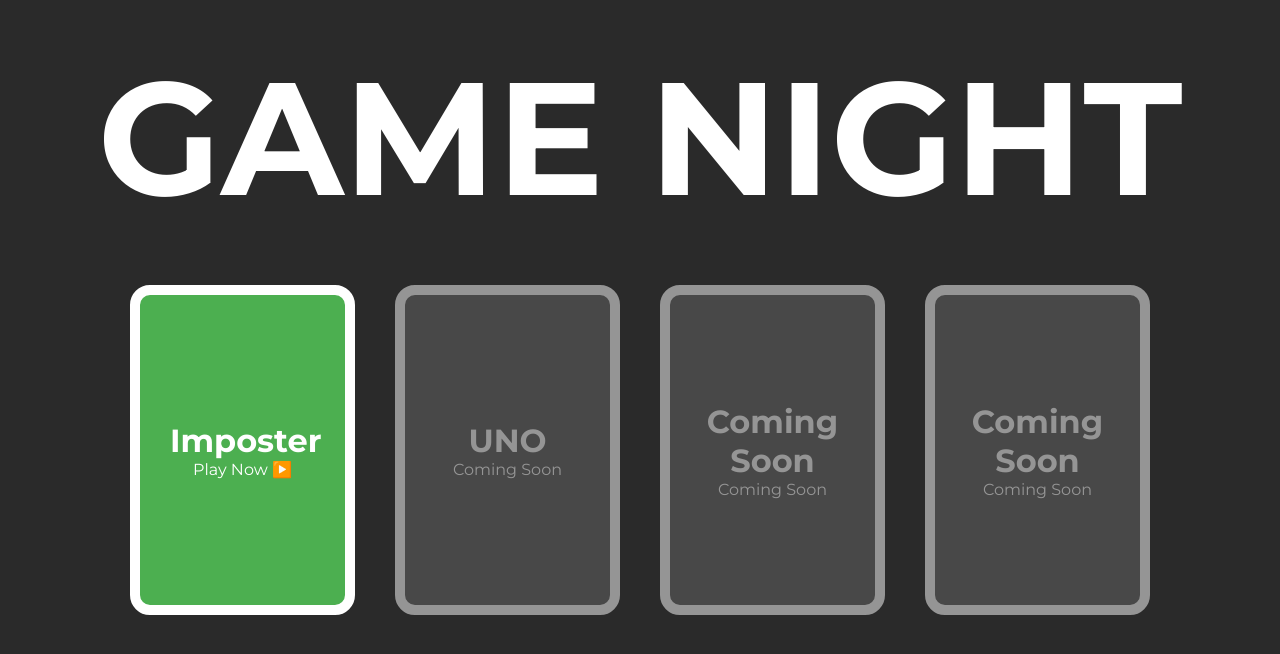
Repository: nfemmanuel/game-night-app
Page: /
These files come from the project's save history. The page is drawn as it stood at one moment and after the next save; the edit follows.
The browser window is 1280 px wide. The pictures show the whole page.
The project was rebuilt for these pictures with package versions that can differ from the ones it lists, and the page was loaded fresh each time.

Above is the page before, as saved 2025-12-31 16:41:07.

After the next save:
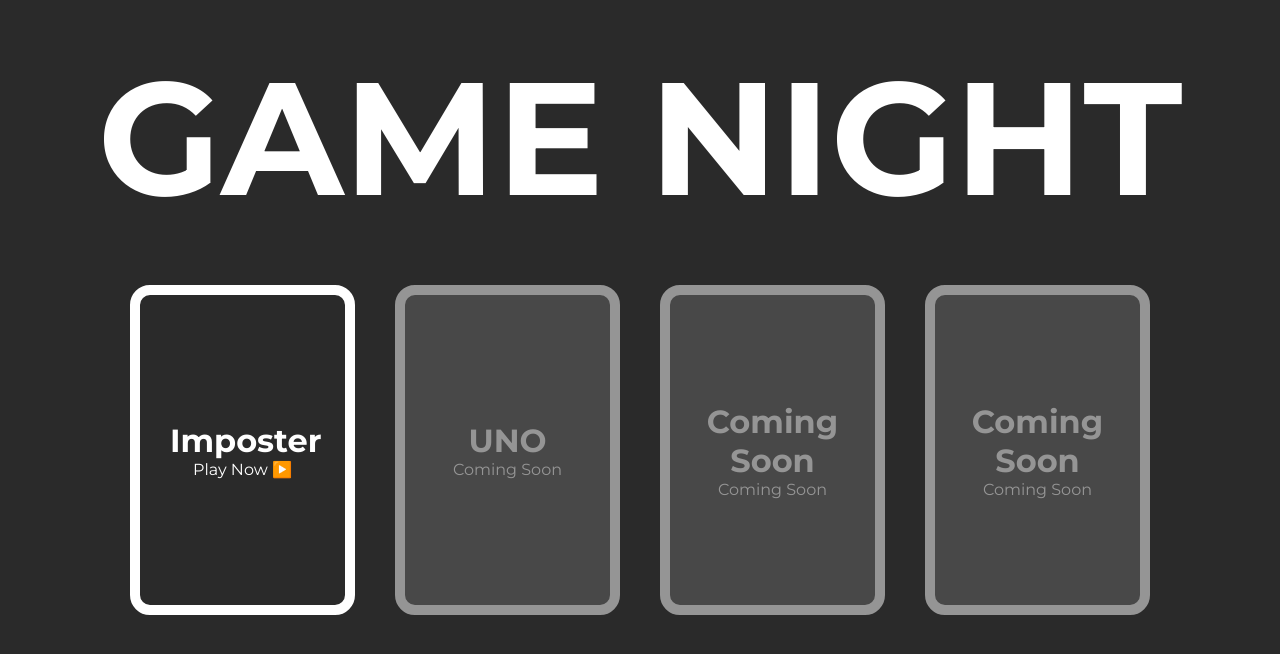
Saved 76 s later.
--- a/src/components/GameCard.module.css
+++ b/src/components/GameCard.module.css
@@ -13,7 +13,6 @@
 }
 
 .available {
-    background-color: #4CAF50;
     color: white;
     cursor: pointer;
 }
